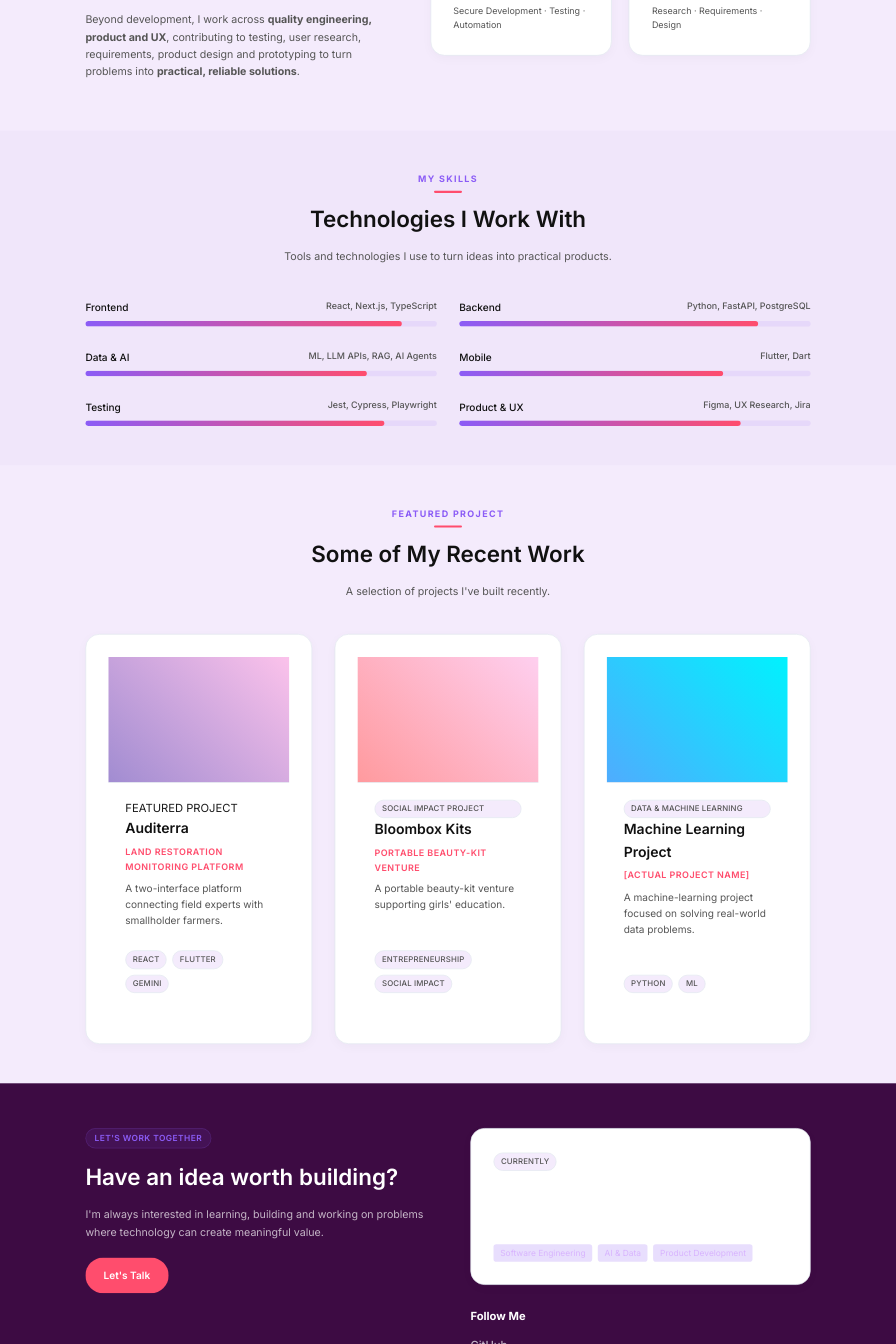
Repository: najmahares/portfolio
Page: index.html
These files come from the project's save history. The page is drawn as it stood at one moment and after the next save; the edit follows.
The browser window is 1280 px wide. The pictures show the part of the page from y = 1182 to 3102 px (the page is 3345 px tall before and 3756 px after), at 70% of full size.

Above is the page before, as saved 2026-09-19 08:23:39.

### index.html
<!doctype html>
<html lang="en">
  <head>
    <meta charset="UTF-8" />
    <meta name="viewport" content="width=device-width, initial-scale=1.0" />
    <title>Najma Hares | Software Engineer</title>
    <link rel="preconnect" href="https://fonts.googleapis.com" />
    <link rel="preconnect" href="https://fonts.gstatic.com" crossorigin />
    <link
      href="https://fonts.googleapis.com/css2?family=Inter:wght@300;400;500;600;700&display=swap"
      rel="stylesheet"
    />
    <link rel="stylesheet" href="css/style.css" />
  </head>
  <body>
    <!-- Navbar -->
    <nav class="navbar">
      <div class="container nav-container">
        <a href="index.html" class="logo">Najma Hares</a>
        <div class="nav-links">
          <a href="index.html" class="active">Home</a>
          <a href="#about">About</a>
          <a href="#skills">Skills</a>
          <a href="#projects">Projects</a>
          <a href="#contact">Contact</a>
        </div>
        <a href="mailto:haresnajma@gmail.com" class="btn btn-primary magnetic"
          >Let's Talk</a
        >
      </div>
    </nav>

    <!-- Hero Section -->
    <section class="hero">
      <div class="container hero-grid">
        <div class="hero-content">
          <span class="badge reveal"
            >SOFTWARE ENGINEER · AI · DATA · SECURITY</span
          >
          <h1 class="reveal">
            Hi, I'm <span class="text-accent">Najma</span><br />I build
            practical software for real-world problems.
          </h1>
          <p class="hero-desc reveal">
            <strong
              >I like turning <i>“what if?”</i> into <i>“let’s build it.”</i>
            </strong>
            <br />
            I’m naturally curious, and I tend to follow questions all the way
            down the rabbit hole. <br />
            That means researching the problem, challenging assumptions,
            experimenting with ideas and eventually building something that
            people can use. My work has taken me across software, AI, data and
            product design.
            <br />
            <strong
              >Because sometimes the best way to answer a question is to build
              something and see what happens.</strong
            >
          </p>
          <div class="hero-buttons reveal">
            <a href="#contact" class="btn btn-primary magnetic">Get in Touch</a>
            <a href="#projects" class="btn btn-outline magnetic"
              >View my work</a
            >
          </div>
          <div class="tech-stack reveal">
            <span class="badge-sm">Software</span>
            <span class="badge-sm">AI</span>
            <span class="badge-sm">Data</span>
            <span class="badge-sm">Backend</span>
            <span class="badge-sm">Security</span>
            <span class="badge-sm">Product</span>
            <span class="badge-sm">Mobile</span>
            <span class="badge-sm">Web</span>
          </div>
        </div>

        <!-- Hero Image Wrapper -->
        <div class="hero-image-wrapper reveal">
          <div class="avatar-graphic tilt-card" data-rotate="45">
            <img
              src="assets/portfolio_image.jpg"
              alt="Najma Hares"
              class="hero-img"
            />
          </div>
        </div>
      </div>
    </section>

    <!-- About & Stats -->
    <
    <section id="about" class="section">
      <div class="container about-grid">
        <div class="about-text reveal">
          <span class="badge">WHAT I DO</span>
          <h2>I build across the software lifecycle.</h2>

          <p>
            I build software across
            <strong>web, mobile and backend systems</strong>, developing
            applications, APIs and data-driven solutions from implementation
            through testing. My experience also spans
            <strong>AI and machine learning</strong>, including data processing,
            LLMs, RAG and intelligent application workflows, alongside
            <strong>application security</strong> through secure authentication,
            authorization and secure coding practices.
          </p>

          <p>
            Beyond development, I work across
            <strong>quality engineering, product and UX</strong>, contributing
            to testing, user research, requirements, product design and
            prototyping to turn problems into
            <strong>practical, reliable solutions</strong>.
          </p>
        </div>

        <div class="stats-grid">
          <div class="card stat-card reveal tilt-card">
            <h3>01</h3>
            <p>Software Development</p>
            <span class="stat-sub">Web · Mobile · Backend</span>
          </div>

          <div class="card stat-card reveal tilt-card">
            <h3>02</h3>
            <p>AI &amp; Data</p>
            <span class="stat-sub">Machine Learning · LLMs · RAG</span>
          </div>

          <div class="card stat-card reveal tilt-card">
            <h3>03</h3>
            <p>Security &amp; Quality</p>
            <span class="stat-sub"
              >Secure Development · Testing · Automation</span
            >
          </div>

          <div class="card stat-card reveal tilt-card">
            <h3>04</h3>
            <p>Product &amp; UX</p>
            <span class="stat-sub">Research · Requirements · Design</span>
          </div>
        </div>
      </div>
    </section>
    <!-- Skills -->
    <section id="skills" class="section bg-alt">
      <div class="container">
        <div class="section-header reveal">
          <span class="section-tag">MY SKILLS</span>
          <h2>Technologies I Work With</h2>
          <p>
            Tools and technologies I use to turn ideas into practical products.
          </p>
        </div>
        <div class="skills-grid">
          <div class="skill-item reveal">
            <div class="skill-info">
              <span>Frontend</span><span>React, Next.js, TypeScript</span>
            </div>
            <div class="progress-bar">
              <div class="progress" style="width: 90%"></div>
            </div>
          </div>
          <div class="skill-item reveal">
            <div class="skill-info">
              <span>Backend</span><span>Python, FastAPI, PostgreSQL</span>
            </div>
            <div class="progress-bar">
              <div class="progress" style="width: 85%"></div>
            </div>
          </div>
          <div class="skill-item reveal">
            <div class="skill-info">
              <span>Data & AI</span><span>ML, LLM APIs, RAG, AI Agents</span>
            </div>
            <div class="progress-bar">
              <div class="progress" style="width: 80%"></div>
            </div>
          </div>
          <div class="skill-item reveal">
            <div class="skill-info">
              <span>Mobile</span><span>Flutter, Dart</span>
            </div>
            <div class="progress-bar">
              <div class="progress" style="width: 75%"></div>
            </div>
          </div>
          <div class="skill-item reveal">
            <div class="skill-info">
              <span>Testing</span><span>Jest, Cypress, Playwright</span>
            </div>
            <div class="progress-bar">
              <div class="progress" style="width: 85%"></div>
            </div>
          </div>
          <div class="skill-item reveal">
            <div class="skill-info">
              <span>Product & UX</span><span>Figma, UX Research, Jira</span>
            </div>
            <div class="progress-bar">
              <div class="progress" style="width: 80%"></div>
            </div>
          </div>
        </div>
      </div>
    </section>

    <!-- Recent Work -->
    <section id="projects" class="section">
      <div class="container">
        <div class="section-header reveal">
          <span class="section-tag">FEATURED PROJECT</span>
          <h2>Some of My Recent Work</h2>
          <p>A selection of projects I've built recently.</p>
        </div>
        <div class="projects-grid">
          <a href="project.html" class="card project-card reveal tilt-card">
            <div class="project-img placeholder-1"></div>
            <div class="project-info">
              <span class="section-tag-sm">FEATURED PROJECT</span>
              <h3>Auditerra</h3>
              <p class="project-subtitle">
                Land Restoration Monitoring Platform
              </p>
              <p class="project-desc">
                A two-interface platform connecting field experts with
                smallholder farmers.
              </p>
              <div class="project-tags">
                <span class="badge-sm">React</span>
                <span class="badge-sm">Flutter</span>
                <span class="badge-sm">Gemini</span>
              </div>
            </div>
          </a>
          <a href="project.html" class="card project-card reveal tilt-card">
            <div class="project-img placeholder-2"></div>
            <div class="project-info">
              <span class="badge-sm">SOCIAL IMPACT PROJECT</span>
              <h3>Bloombox Kits</h3>
              <p class="project-subtitle">Portable Beauty-Kit Venture</p>
              <p class="project-desc">
                A portable beauty-kit venture supporting girls' education.
              </p>
              <div class="project-tags">
                <span class="badge-sm">Entrepreneurship</span>
                <span class="badge-sm">Social Impact</span>
              </div>
            </div>
          </a>
          <a href="project.html" class="card project-card reveal tilt-card">
            <div class="project-img placeholder-3"></div>
            <div class="project-info">
              <span class="badge-sm">DATA & MACHINE LEARNING</span>
              <h3>Machine Learning Project</h3>
              <p class="project-subtitle">[Actual Project Name]</p>
              <p class="project-desc">
                A machine-learning project focused on solving real-world data
                problems.
              </p>
              <div class="project-tags">
                <span class="badge-sm">Python</span>
                <span class="badge-sm">ML</span>
              </div>
            </div>
          </a>
        </div>
      </div>
    </section>

    <!-- Footer -->
    <footer id="contact" class="footer">
      <div class="container footer-grid">
        <div class="footer-cta reveal">
          <span class="badge">LET'S WORK TOGETHER</span>
          <h2>Have an idea worth building?</h2>
          <p>
            I'm always interested in learning, building and working on problems
            where technology can create meaningful value.
          </p>
          <a href="mailto:haresnajma@gmail.com" class="btn btn-primary magnetic"
            >Let's Talk</a
          >
        </div>
        <div class="footer-info reveal">
          <div class="card personal-card">
            <span class="badge-sm">CURRENTLY</span>
            <h3>Building & learning</h3>
            <p><strong>Najma Hares</strong><br />Software Engineer</p>
            <div class="personal-focus">
              <span>Software Engineering</span>
              <span>AI & Data</span>
              <span>Product Development</span>
            </div>
          </div>
          <div class="social-links">
            <h4>Follow Me</h4>
            <a href="#">GitHub</a>
            <a href="#">LinkedIn</a>
            <a href="mailto:haresnajma@gmail.com">haresnajma@gmail.com</a>
          </div>
        </div>
      </div>
      <div class="container footer-bottom">
        <p>&copy; 2026 Najma Hares Muhumed. All rights reserved.</p>
        <p>Made with ❤️ by Najma</p>
      </div>
    </footer>

    <script src="js/main.js"></script>
  </body>
</html>

Loaded but not shown: js/main.js (72 lines, source omitted); css/style.css (583 lines, source omitted)

After the next save:
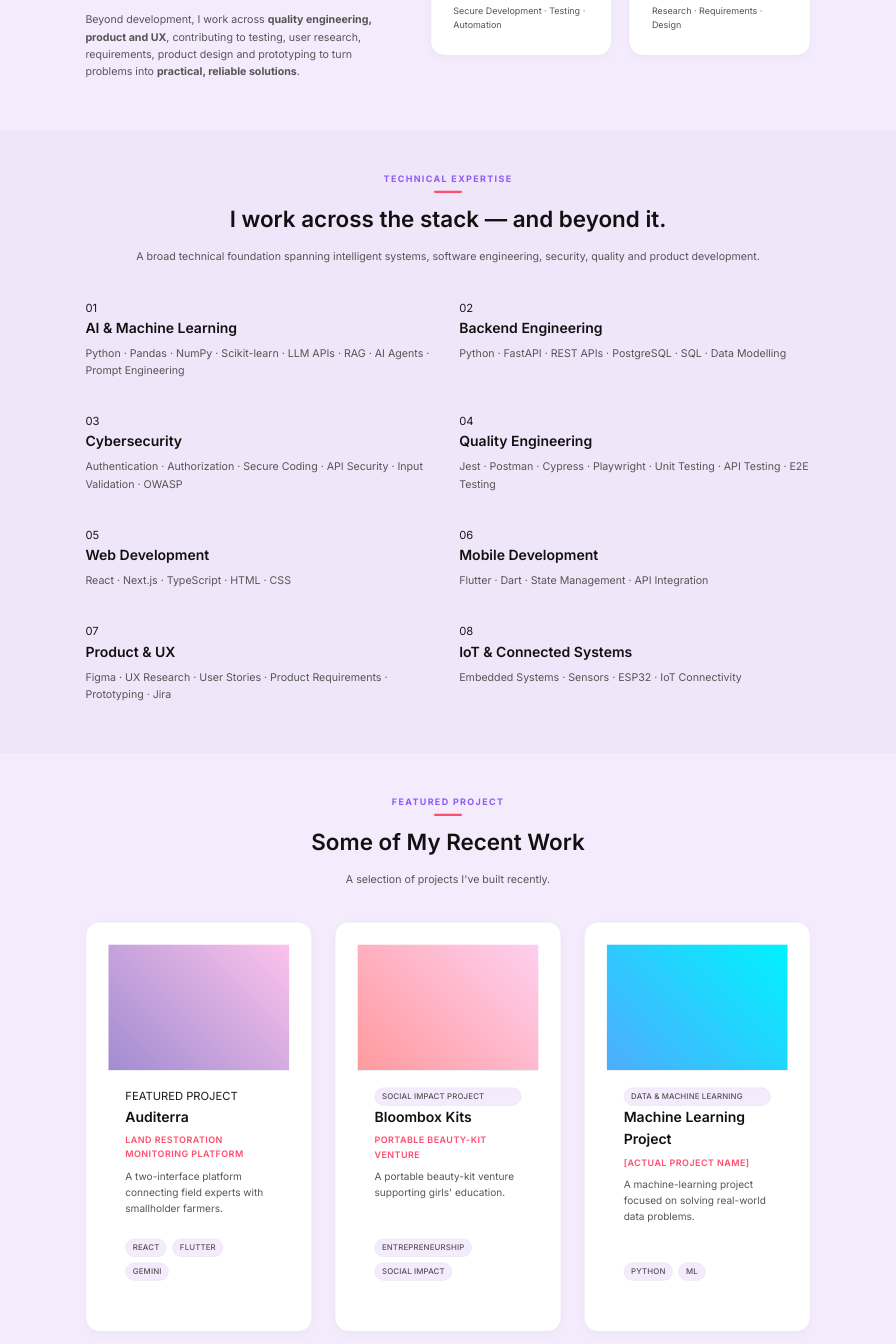
Saved 7 min 42 s later.
--- a/index.html
+++ b/index.html
@@ -150,65 +150,95 @@
     <section id="skills" class="section bg-alt">
       <div class="container">
         <div class="section-header reveal">
-          <span class="section-tag">MY SKILLS</span>
-          <h2>Technologies I Work With</h2>
+          <span class="section-tag">TECHNICAL EXPERTISE</span>
+          <h2>I work across the stack — and beyond it.</h2>
           <p>
-            Tools and technologies I use to turn ideas into practical products.
-          </p>
-        </div>
+            A broad technical foundation spanning intelligent systems, software
+            engineering, security, quality and product development.
+          </p>
+        </div>
+
         <div class="skills-grid">
           <div class="skill-item reveal">
-            <div class="skill-info">
-              <span>Frontend</span><span>React, Next.js, TypeScript</span>
-            </div>
-            <div class="progress-bar">
-              <div class="progress" style="width: 90%"></div>
-            </div>
-          </div>
-          <div class="skill-item reveal">
-            <div class="skill-info">
-              <span>Backend</span><span>Python, FastAPI, PostgreSQL</span>
-            </div>
-            <div class="progress-bar">
-              <div class="progress" style="width: 85%"></div>
-            </div>
-          </div>
-          <div class="skill-item reveal">
-            <div class="skill-info">
-              <span>Data & AI</span><span>ML, LLM APIs, RAG, AI Agents</span>
-            </div>
-            <div class="progress-bar">
-              <div class="progress" style="width: 80%"></div>
-            </div>
-          </div>
-          <div class="skill-item reveal">
-            <div class="skill-info">
-              <span>Mobile</span><span>Flutter, Dart</span>
-            </div>
-            <div class="progress-bar">
-              <div class="progress" style="width: 75%"></div>
-            </div>
-          </div>
-          <div class="skill-item reveal">
-            <div class="skill-info">
-              <span>Testing</span><span>Jest, Cypress, Playwright</span>
-            </div>
-            <div class="progress-bar">
-              <div class="progress" style="width: 85%"></div>
-            </div>
-          </div>
-          <div class="skill-item reveal">
-            <div class="skill-info">
-              <span>Product & UX</span><span>Figma, UX Research, Jira</span>
-            </div>
-            <div class="progress-bar">
-              <div class="progress" style="width: 80%"></div>
+            <div class="skill-number">01</div>
+            <div class="skill-content">
+              <h3>AI &amp; Machine Learning</h3>
+              <p>
+                Python · Pandas · NumPy · Scikit-learn · LLM APIs · RAG · AI
+                Agents · Prompt Engineering
+              </p>
+            </div>
+          </div>
+
+          <div class="skill-item reveal">
+            <div class="skill-number">02</div>
+            <div class="skill-content">
+              <h3>Backend Engineering</h3>
+              <p>
+                Python · FastAPI · REST APIs · PostgreSQL · SQL · Data Modelling
+              </p>
+            </div>
+          </div>
+
+          <div class="skill-item reveal">
+            <div class="skill-number">03</div>
+            <div class="skill-content">
+              <h3>Cybersecurity</h3>
+              <p>
+                Authentication · Authorization · Secure Coding · API Security ·
+                Input Validation · OWASP
+              </p>
+            </div>
+          </div>
+
+          <div class="skill-item reveal">
+            <div class="skill-number">04</div>
+            <div class="skill-content">
+              <h3>Quality Engineering</h3>
+              <p>
+                Jest · Postman · Cypress · Playwright · Unit Testing · API
+                Testing · E2E Testing
+              </p>
+            </div>
+          </div>
+
+          <div class="skill-item reveal">
+            <div class="skill-number">05</div>
+            <div class="skill-content">
+              <h3>Web Development</h3>
+              <p>React · Next.js · TypeScript · HTML · CSS</p>
+            </div>
+          </div>
+
+          <div class="skill-item reveal">
+            <div class="skill-number">06</div>
+            <div class="skill-content">
+              <h3>Mobile Development</h3>
+              <p>Flutter · Dart · State Management · API Integration</p>
+            </div>
+          </div>
+
+          <div class="skill-item reveal">
+            <div class="skill-number">07</div>
+            <div class="skill-content">
+              <h3>Product &amp; UX</h3>
+              <p>
+                Figma · UX Research · User Stories · Product Requirements ·
+                Prototyping · Jira
+              </p>
+            </div>
+          </div>
+
+          <div class="skill-item reveal">
+            <div class="skill-number">08</div>
+            <div class="skill-content">
+              <h3>IoT &amp; Connected Systems</h3>
+              <p>Embedded Systems · Sensors · ESP32 · IoT Connectivity</p>
             </div>
           </div>
         </div>
       </div>
     </section>
-
     <!-- Recent Work -->
     <section id="projects" class="section">
       <div class="container">
